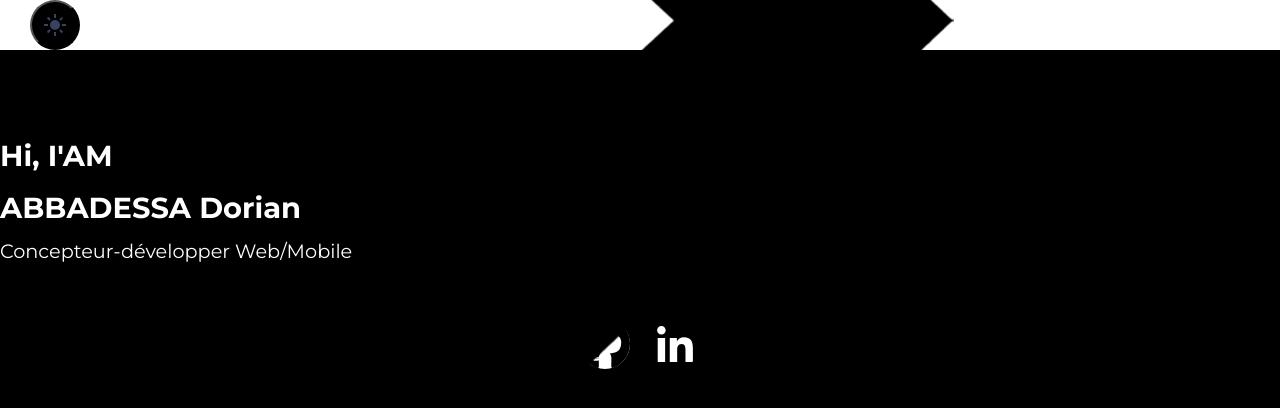
Repository: DorianABDS/Portfolio-ABBADESSA-Dorian
Page: index.html
The author's editor kept a copy of each file at every save. The page is drawn from the files as they stood at one save, then again after the next save.
The browser window is 1280 px wide. The pictures show the window.
A layer covers the whole window, so only the first screen is drawn.

Above is the page before, as saved 2024-11-28 00:02:34.

### index.html
<!DOCTYPE html>
<html lang="fr">
<head>
    <meta charset="UTF-8">
    <meta name="viewport" content="width=device-width, initial-scale=1.0">
    <meta charset="UTF-8">
    <meta name="viewport" content="width=device-width, initial-scale=1.0">
    <meta name="keywords" content="Portfolio, ABBADESSA Dorian, Web developper">
    <title>ABBADESSA Dorian - Portfolio</title>
    <link rel="shortcute icon" href="/src/img/Logo Div.png">
    <link rel="stylesheet" href="style.css">
    <script type="text/javascript" src="darkmode.js" defer></script>
</head>
<body class="darkmode">
    <header class="header">
        <nav class="navbar">
          <button id="theme-switch">
            <svg xmlns="http://www.w3.org/2000/svg" height="24px" viewBox="0 -960 960 960" width="24px" fill="#e8eaed"><path d="M480-120q-150 0-255-105T120-480q0-150 105-255t255-105q14 0 27.5 1t26.5 3q-41 29-65.5 75.5T444-660q0 90 63 153t153 63q55 0 101-24.5t75-65.5q2 13 3 26.5t1 27.5q0 150-105 255T480-120Z"/></svg>
            <svg xmlns="http://www.w3.org/2000/svg" height="24px" viewBox="0 -960 960 960" width="24px" fill="#e8eaed"><path d="M480-280q-83 0-141.5-58.5T280-480q0-83 58.5-141.5T480-680q83 0 141.5 58.5T680-480q0 83-58.5 141.5T480-280ZM200-440H40v-80h160v80Zm720 0H760v-80h160v80ZM440-760v-160h80v160h-80Zm0 720v-160h80v160h-80ZM256-650l-101-97 57-59 96 100-52 56Zm492 496-97-101 53-55 101 97-57 59Zm-98-550 97-101 59 57-100 96-56-52ZM154-212l101-97 55 53-97 101-59-57Z"/></svg>
          </button>
            <a href="index.html" class="logo"><img src="/src/img/Logo plat Div noir.png" alt=""></a>
            <div class="nav-links">
                <ul>
                    <li><a href="index.html">Accueil</a></li>
                    <li><a href="articles.html">Articles</a></li>
                    <li><a href="apropos.html">À propos</a></li>
                    <li><a href="contact.html">Contact</a></li>
                </ul>
            </div>
            <img src="/src/img/bars-solid.svg" alt="menu hamburger" class="menu-hamburger">
        </nav>
        <!-- <div class="social">
            <a href="#" title="Facebook"><img src="/src/img/icone Github.png" alt=""></a>
            <a href="#" title="Twitter"><img src="src/img/icone Linkedin.png" alt=""></a>
        </div> -->
    </header>
    <main>
        <section class="accueil">
            <div class="container-accueil">
                <h2>Hi, I'AM</h2>
                <h1><span>ABBADESSA Dorian</span></h1>
                <p>Concepteur-développer Web/Mobile</p>
                <div class="social">
                  <ul class="wrapper">
                    <li class="icon facebook">
                      <span class="tooltip">Facebook</span>
                      <img src="/src/img/github-brands-solid.svg" alt="">
                    </li>
                    <li class="icon twitter">
                      <span class="tooltip">Twitter</span>
                      <img src="/src/img/linkedin-brands-solid.svg" alt="">
                    </li>
                  </ul>
        </section>
        <section class="about-me">
            <div class="container-about-me">
                <h2>Présentation</h2>
                <h1><span>À propos de moi</span></h1>
            </div>
            <div class="card-about-me"></div>
            <div class="texte-about-me"><p>🌍 Étudiant en première année de <span>bachelor en développement web</span> à <span>LaPlateforme</span> à Martigues, étant très <span>créatif</span> et <span>optimiste</span>
              <br>
              🎯 Mon <span>objectif</span> est de rechercher une <span>alternance</span> dans le but de perfectionner mes <span>compétences techniques</span> en développement web et mobile, en vue de mettre en pratique ces compétences pour  concevoir des interfaces modernes, fonctionnelles et adaptées aux besoins des utilisateurs. J’ai pour <span>objectif</span> de devenir un <span>concepteur d’application web et mobile</span>.
              <br>
              🧠 J’aime partager mes <span>connaissances</span>, travailler sur tout type de <span>projets</span> ainsi que mener à bien les <span>missions</span> qui me sont <span>confiés</span>.
              <br>
              Bienvenue sur mon <span>portfolio</span>, je vous y invite et vous ouvres les portes de mon <span>univer</span>.
              </p></div>
        </section>
        <button class="button-cv">
            <svg
                width="24"
                height="24"
                viewBox="0 0 24 24"
                fill="none"
                xmlns="http://www.w3.org/2000/svg"
                >
                <path
                    d="M11 5C11 4.44772 11.4477 4 12 4C12.5523 4 13 4.44772 13 5V12.1578L16.2428 8.91501L17.657 10.3292L12.0001 15.9861L6.34326 10.3292L7.75748 8.91501L11 12.1575V5Z"
                    fill="currentColor"
                />
                <path
                    d="M4 14H6V18H18V14H20V18C20 19.1046 19.1046 20 18 20H6C4.89543 20 4 19.1046 4 18V14Z"
                    fill="currentColor"
                />
                </svg>
            Download CV
          </button>
    </div>
    </main>
</body>
<script>
    const menuHamburger = document.querySelector(".menu-hamburger")
    const navLinks = document.querySelector(".nav-links")

    menuHamburger.addEventListener('click',()=>{
    navLinks.classList.toggle('mobile-menu')
    })
</script>
</html>

### style.css
@font-face {
    font-family: "Montserrat";
    src: url(/src/font/Montserrat-VariableFont_wght.ttf);
}

:root {
    --base-color: #fff;
    --base-variant: #fff;
    --text-color: #111528;
    --secondary-text: #232738;
    --primary-color: #3a435d;
    --accent-color: #0071ff;
}

.darkmode {
    --base-color: #000;
    --base-variant: #000;
    --text-color: #fff;
    --secondary-text: #707070;
    --primary-color: #3a435d;
    --accent-color: #0071ff;
}

* {
    margin: 0;
    padding: 0;
    text-decoration: none;
    list-style: none;
    box-sizing: border-box;

}

html,
body {
    font-size: 19.3px;
    color: var(--text-color);
    background-color: var(--base-color);
    font-family: "Montserrat", sans-serif;
    line-height: 1.8;
    font-weight: 400;
}

#theme-switch {
    height: 50px;
    width: 50px;
    padding: 0;
    border-radius: 50%;
    background-color: var(--base-variant);
    display: flex;
    justify-content: center;
    align-items: center;
    position: fixed;
}

#theme-switch svg {
    fill: var(--primary-color);
}

#theme-switch svg:last-child {
    display: none;
}

.darkmode #theme-switch svg:first-child {
    display: none;
}

.darkmode #theme-switch svg:last-child {
    display: block;
}

.navbar {
    background: rgb(255, 255, 255);
    box-shadow: 0 0 5px rgb(0, 0, 0);
    ;
    top: 0;
    left: 0;
    height: 50px;
    width: auto;
    position: fixed;
    padding-left: 30px;
    padding-right: 61px;
    width: 100%;
    display: flex;
    justify-content: space-between;
    align-items: center;
    z-index: 100;
}

.navbar a {
    color: #292929;
    font-weight: 700;
    display: inline;
}

.navbar .nav-links ul li a::after {
    content: "";
    display: block;
    height: 2px;
    background: rgb(255, 255, 255);
    transform: scale(0);
    transition: transform 0.2s ease-in-out;
}

.navbar .nav-links ul li a:hover::after {
    transform: scale(1);
}

.navbar .logo {
    transform: none;
    font-weight: 700;
}

.navbar .nav-links ul {
    display: flex;
    align-items: center;
}

.navbar .nav-links ul li {
    display: flex;
    margin: 0 25px;
}

.navbar .nav-links ul li img {
    display: flex;
    padding: -20px;
    margin-left: -23px;
}

.navbar .menu-hamburger {
    display: none;
    position: absolute;
    top: 8px;
    right: 30px;
    width: 30px;
}

.accueil {
    padding-top: 80px;
    margin-top: 50px;
    width: 100%;
    height: 100vh;
}

.button-cv {
    border: none;
    display: flex;
    margin-right: 20px;
    padding: 0.75rem 1.5rem;
    background: linear-gradient(90deg, rgba(255, 50, 50, 1) 0%, rgba(255, 136, 0, 1) 100%);
    color: #ffffff;
    font-size: 0.75rem;
    line-height: 1rem;
    font-weight: 700;
    text-align: center;
    cursor: pointer;
    text-transform: uppercase;
    vertical-align: middle;
    align-items: center;
    border-radius: 0.5rem;
    user-select: none;
    gap: 0.75rem;
    box-shadow:
        0 4px 6px -1px #488aec31,
        0 2px 4px -1px #488aec17;
    transition: all 0.6s ease;
}

.button-cv:hover {
    box-shadow:
        0 10px 15px -3px #488aec4f,
        0 4px 6px -2px #488aec17;
}

.button-cv:focus,
.button-cv:active {
    opacity: 0.85;
    box-shadow: none;
}

.button-cv svg {
    width: 1.25rem;
    height: 1.25rem;
}

.about-me {
    display: flex;
    justify-content: center;
    text-align: center;
}

.wrapper {
    display: inline-flex;
    list-style: none;
    height: 120px;
    width: 100%;
    padding-top: 40px;
    font-family: "Poppins", sans-serif;
    justify-content: center;
}

.wrapper .icon {
    position: relative;
    background: #fff;
    border-radius: 50%;
    margin: 10px;
    width: 50px;
    height: 50px;
    font-size: 18px;
    display: flex;
    justify-content: center;
    align-items: center;
    flex-direction: column;
    box-shadow: 0 10px 10px rgba(0, 0, 0, 0.1);
    cursor: pointer;
    transition: all 0.2s cubic-bezier(0.68, -0.55, 0.265, 1.55);
}

.wrapper .tooltip {
    position: absolute;
    top: 0;
    font-size: 14px;
    background: #fff;
    color: #fff;
    padding: 5px 8px;
    border-radius: 5px;
    box-shadow: 0 10px 10px rgba(0, 0, 0, 0.1);
    opacity: 0;
    pointer-events: none;
    transition: all 0.3s cubic-bezier(0.68, -0.55, 0.265, 1.55);
}

.wrapper .icon:hover span,
.wrapper .icon:hover .tooltip {
    text-shadow: 0px -1px 0px rgba(0, 0, 0, 0.1);
}

.wrapper .facebook:hover,
.wrapper .facebook:hover .tooltip,
.wrapper .facebook:hover .tooltip::before {
    background: #1A1E22;
    color: #fff;
}

.wrapper .twitter:hover,
.wrapper .twitter:hover .tooltip,
.wrapper .twitter:hover .tooltip::before {
    background: #007EBE;
    color: #fff;
}

.wrapper .instagram:hover,
.wrapper .instagram:hover .tooltip,
.wrapper .instagram:hover .tooltip::before {
    background: #e4405f;
    color: #fff;
}


@media screen and (max-width: 814px) {

    html,
    body {
        padding: 0 20px;
    }

    .navbar .menu-hamburger {
        display: block;
    }

    .nav-links.mobile-menu {
        margin-left: 0;
    }

    .navbar {
        padding: 0;
    }

    .navbar .logo {
        padding-left: 20px;
    }

    .navbar .logo img {
        display: flex;
        align-items: center;
        width: 50px;
    }

    .nav-links {
        position: absolute;
        background-color: #ffffff90;
        backdrop-filter: blur(8px);
        top: 0;
        left: 0;
        width: 100%;
        height: 100vh;
        display: flex;
        justify-content: center;
        align-items: center;
        margin-left: 100%;
        transition: all 0.5s ease;
    }

    .nav-links ul {
        display: flex;
        flex-direction: column;
        align-items: center;
    }

    .navbar .nav-links ul li {
        margin: 15px 0;
        font-size: 1.2em;
    }

    .accueil {
        height: 100%;
    }

    .accueil h2 {
        font-size: 22px;
        font-weight: 600;
        color: #292929;
    }

    .accueil h1 {
        display: inline-block;
        line-height: 100%;
        font-size: 40px;
        letter-spacing: -2px;
        font-weight: 800;
        background: linear-gradient(90deg, rgba(255, 50, 50, 1) 0%, rgba(255, 136, 0, 1) 100%);
        -webkit-background-clip: text;
        -webkit-text-fill-color: transparent;
    }

    .accueil p {
        height: 80px;
        line-height: 150%;
        margin-bottom: 80px;
    }

    .social {
        display: flex;
        justify-content: center;
    }

    .social a {
        display: flex;
        justify-content: center;
        margin: 0 10px;
        width: 30px;
    }

    .container-accueil img {
        height: 30px;
    }

    .container-about-me h1 {
        font-size: 12;
        background: linear-gradient(90deg, rgba(255, 50, 50, 1) 0%, rgba(255, 136, 0, 1) 100%);
        -webkit-background-clip: text;
        -webkit-text-fill-color: transparent;
    }

    .container-about-me h2 {
        line-height: 5px;
        font-size: 16px;
    }

    .about-me {
        height: 100%;
        display: flex;
        align-items: center;
        flex-direction: column;
        padding-top: 300px;
    }

    .card-about-me {
        box-sizing: border-box;
        width: 300px;
        height: 500px;
        background: rgba(217, 217, 217, 0.58);
        border: 1px solid white;
        box-shadow: 12px 17px 51px rgba(0, 0, 0, 0.22);
        backdrop-filter: blur(6px);
        border-radius: 0.5rem;
        text-align: center;
        cursor: pointer;
        transition: all 0.5s;
        display: flex;
        align-items: center;
        justify-content: center;
        user-select: none;
        font-weight: bolder;
        color: black;
    }

    .card-about-me img {
        height: 500px;
    }

    .about-me p {
        font-size: 16px;
        margin-top: 30px;
        text-align: start;

    }

    .about-me p span {
        margin-top: 30px;
        background: linear-gradient(90deg, rgba(255, 50, 50, 1) 0%, rgba(255, 136, 0, 1) 100%);
        -webkit-background-clip: text;
        -webkit-text-fill-color: transparent;
    }

    .wrapper {
        padding-top: 0;
        display: flex;
        justify-content: flex-start;
    }

    .button-cv {
        margin-top: 30px;
    }

    .card-about-me {
        margin: 30px 0;
    }
}

### darkmode.js
let darkmode = localStorage.getItem('darkmode')
const themeSwitch = document.getElementById('theme-switch')

const enableDarkmode = () => {
    document.body.classList.add('darkmode')
    localStorage.setItem('darkmode', 'active')
}

const disableDarkmode = () => {
    document.body.classList.remove('darkmode')
    localStorage.setItem('darkmode', null)
}

if (darkmode === "active") enableDarkmode()

themeSwitch.addEventListener("click", () => {
    darkmode = localStorage.getItem('darkmode')
    darkmode !== "active" ? enableDarkmode() : disableDarkmode()
})

### src/img/bars-solid.svg
<svg xmlns="http://www.w3.org/2000/svg" viewBox="0 0 448 512" fill="#353535"><!--!Font Awesome Free 6.7.0 by @fontawesome - https://fontawesome.com License - https://fontawesome.com/license/free Copyright 2024 Fonticons, Inc.--><path d="M0 96C0 78.3 14.3 64 32 64l384 0c17.7 0 32 14.3 32 32s-14.3 32-32 32L32 128C14.3 128 0 113.7 0 96zM0 256c0-17.7 14.3-32 32-32l384 0c17.7 0 32 14.3 32 32s-14.3 32-32 32L32 288c-17.7 0-32-14.3-32-32zM448 416c0 17.7-14.3 32-32 32L32 448c-17.7 0-32-14.3-32-32s14.3-32 32-32l384 0c17.7 0 32 14.3 32 32z"/></svg>

### src/img/github-brands-solid.svg
<svg xmlns="http://www.w3.org/2000/svg" viewBox="0 0 496 512" fill="#292929"><!--!Font Awesome Free 6.7.1 by @fontawesome - https://fontawesome.com License - https://fontawesome.com/license/free Copyright 2024 Fonticons, Inc.--><path fill="#000000" d="M165.9 397.4c0 2-2.3 3.6-5.2 3.6-3.3 .3-5.6-1.3-5.6-3.6 0-2 2.3-3.6 5.2-3.6 3-.3 5.6 1.3 5.6 3.6zm-31.1-4.5c-.7 2 1.3 4.3 4.3 4.9 2.6 1 5.6 0 6.2-2s-1.3-4.3-4.3-5.2c-2.6-.7-5.5 .3-6.2 2.3zm44.2-1.7c-2.9 .7-4.9 2.6-4.6 4.9 .3 2 2.9 3.3 5.9 2.6 2.9-.7 4.9-2.6 4.6-4.6-.3-1.9-3-3.2-5.9-2.9zM244.8 8C106.1 8 0 113.3 0 252c0 110.9 69.8 205.8 169.5 239.2 12.8 2.3 17.3-5.6 17.3-12.1 0-6.2-.3-40.4-.3-61.4 0 0-70 15-84.7-29.8 0 0-11.4-29.1-27.8-36.6 0 0-22.9-15.7 1.6-15.4 0 0 24.9 2 38.6 25.8 21.9 38.6 58.6 27.5 72.9 20.9 2.3-16 8.8-27.1 16-33.7-55.9-6.2-112.3-14.3-112.3-110.5 0-27.5 7.6-41.3 23.6-58.9-2.6-6.5-11.1-33.3 2.6-67.9 20.9-6.5 69 27 69 27 20-5.6 41.5-8.5 62.8-8.5s42.8 2.9 62.8 8.5c0 0 48.1-33.6 69-27 13.7 34.7 5.2 61.4 2.6 67.9 16 17.7 25.8 31.5 25.8 58.9 0 96.5-58.9 104.2-114.8 110.5 9.2 7.9 17 22.9 17 46.4 0 33.7-.3 75.4-.3 83.6 0 6.5 4.6 14.4 17.3 12.1C428.2 457.8 496 362.9 496 252 496 113.3 383.5 8 244.8 8zM97.2 352.9c-1.3 1-1 3.3 .7 5.2 1.6 1.6 3.9 2.3 5.2 1 1.3-1 1-3.3-.7-5.2-1.6-1.6-3.9-2.3-5.2-1zm-10.8-8.1c-.7 1.3 .3 2.9 2.3 3.9 1.6 1 3.6 .7 4.3-.7 .7-1.3-.3-2.9-2.3-3.9-2-.6-3.6-.3-4.3 .7zm32.4 35.6c-1.6 1.3-1 4.3 1.3 6.2 2.3 2.3 5.2 2.6 6.5 1 1.3-1.3 .7-4.3-1.3-6.2-2.2-2.3-5.2-2.6-6.5-1zm-11.4-14.7c-1.6 1-1.6 3.6 0 5.9 1.6 2.3 4.3 3.3 5.6 2.3 1.6-1.3 1.6-3.9 0-6.2-1.4-2.3-4-3.3-5.6-2z"/></svg>

### src/img/linkedin-brands-solid.svg
<svg xmlns="http://www.w3.org/2000/svg" viewBox="0 0 448 512" fill="#292929"><!--!Font Awesome Free 6.7.1 by @fontawesome - https://fontawesome.com License - https://fontawesome.com/license/free Copyright 2024 Fonticons, Inc.--><path fill="#000000" d="M416 32H31.9C14.3 32 0 46.5 0 64.3v383.4C0 465.5 14.3 480 31.9 480H416c17.6 0 32-14.5 32-32.3V64.3c0-17.8-14.4-32.3-32-32.3zM135.4 416H69V202.2h66.5V416zm-33.2-243c-21.3 0-38.5-17.3-38.5-38.5S80.9 96 102.2 96c21.2 0 38.5 17.3 38.5 38.5 0 21.3-17.2 38.5-38.5 38.5zm282.1 243h-66.4V312c0-24.8-.5-56.7-34.5-56.7-34.6 0-39.9 27-39.9 54.9V416h-66.4V202.2h63.7v29.2h.9c8.9-16.8 30.6-34.5 62.9-34.5 67.2 0 79.7 44.3 79.7 101.9V416z"/></svg>

After the next save:
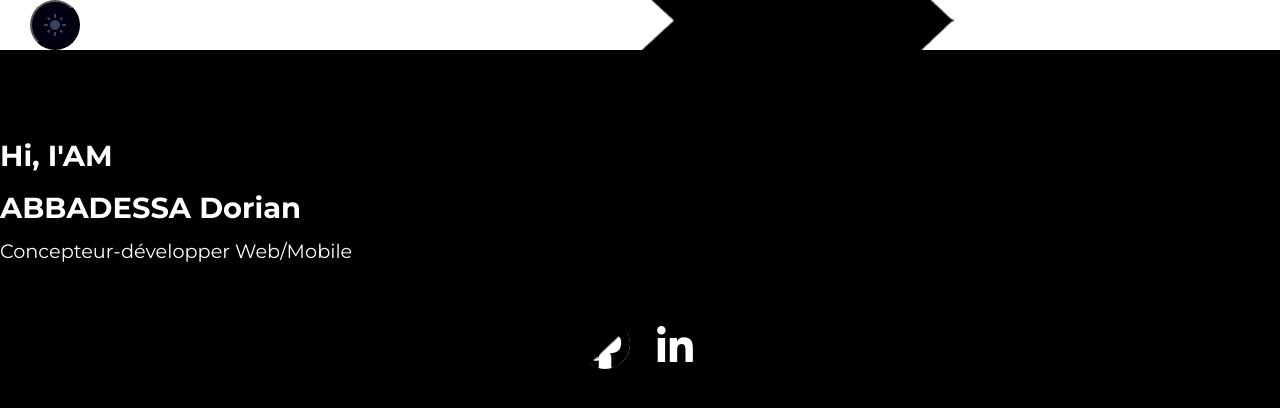
Saved 32 s later.
--- a/style.css
+++ b/style.css
@@ -14,7 +14,7 @@
 
 .darkmode {
     --base-color: #000;
-    --base-variant: #000;
+    --base-variant: #001;
     --text-color: #fff;
     --secondary-text: #707070;
     --primary-color: #3a435d;
